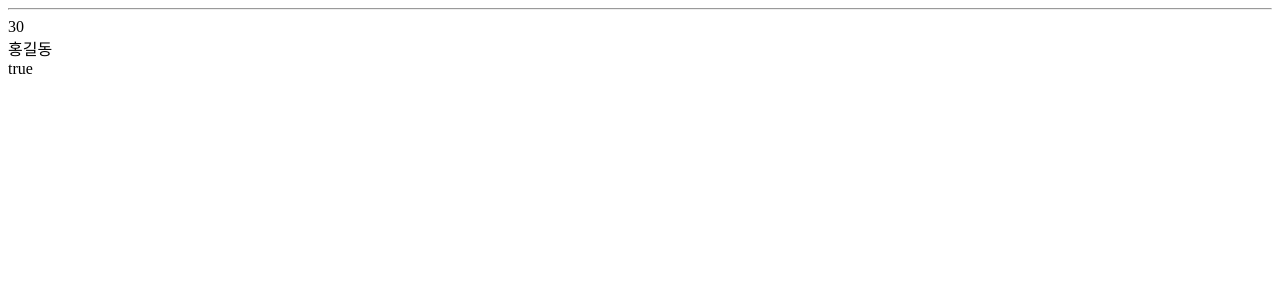
Repository: reddrinkbro/JSPStudy
Page: javascript/WebContent/4객체/array_0b1.html
An editor plug-in stored every save of this project. The page is shown before and after the next save, followed by the edit.
The browser window is 1280 px wide. The pictures show the whole page.

Above is the page before, as saved 2020-04-07 01:15:48.

### javascript/WebContent/4객체/array_0b1.html
<!DOCTYPE html>
<html>
<head>
<meta charset="EUC-KR">
<title>Insert title here</title>

	<script type="text/javascript">

		//배열 생성 방식3.
	//	var 참조변수선언 = [값1,값2,값3];
		var d = [30,"홍길동",true];
//				  0    1     2
	//  인덱스 위치에 접근하여 값을 얻어오는 방법
//		-> 참조변수명[인덱스위치번호] : 인덱스위치번호에 대응되는 값을 얻을수 있다.
		//document.write( d[0],"<br/>");
		//document.write( d[1],"<br/>");
		//document.write( d[2],"<br/>");

		document.write("<hr/>");
		//for문을 이용하여 배열메모리에 저장된 데이터를 하나씩 꺼내와 출력
		for (var i = 0; i < d.length; i++) {
			document.write(d[i],"<br/>"); //인덱스 0, 1, 2에 저장된 값을 얻어 출력함
		}
	</script>
</head>
<body>

</body>
</html>

After the next save:
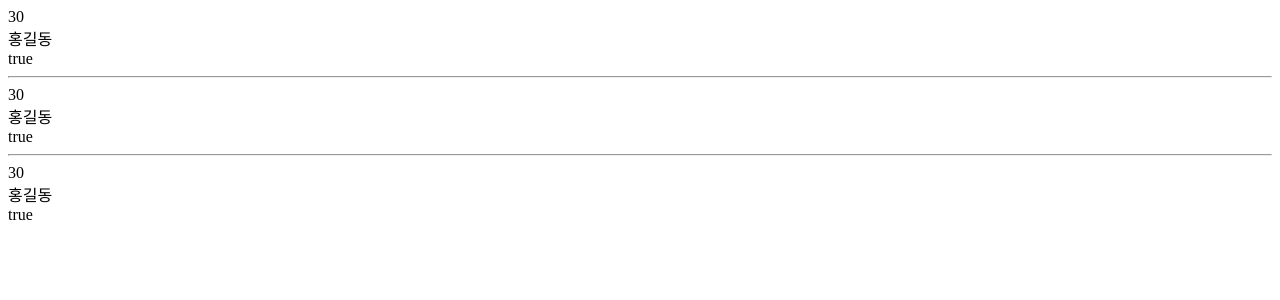
Saved 2 min 50 s later.
--- a/javascript/WebContent/4객체/array_0b1.html
+++ b/javascript/WebContent/4객체/array_0b1.html
@@ -12,12 +12,16 @@
 //				  0    1     2
 	//  인덱스 위치에 접근하여 값을 얻어오는 방법
 //		-> 참조변수명[인덱스위치번호] : 인덱스위치번호에 대응되는 값을 얻을수 있다.
-		//document.write( d[0],"<br/>");
-		//document.write( d[1],"<br/>");
-		//document.write( d[2],"<br/>");
+		document.write( d[0],"<br/>");
+		document.write( d[1],"<br/>");
+		document.write( d[2],"<br/>");
 
 		document.write("<hr/>");
 		//for문을 이용하여 배열메모리에 저장된 데이터를 하나씩 꺼내와 출력
+		for (var i = 0; i < 3; i++) {
+			document.write(d[i],"<br/>"); //인덱스 0, 1, 2에 저장된 값을 얻어 출력함
+		}
+		document.write("<hr/>");
 		for (var i = 0; i < d.length; i++) {
 			document.write(d[i],"<br/>"); //인덱스 0, 1, 2에 저장된 값을 얻어 출력함
 		}
